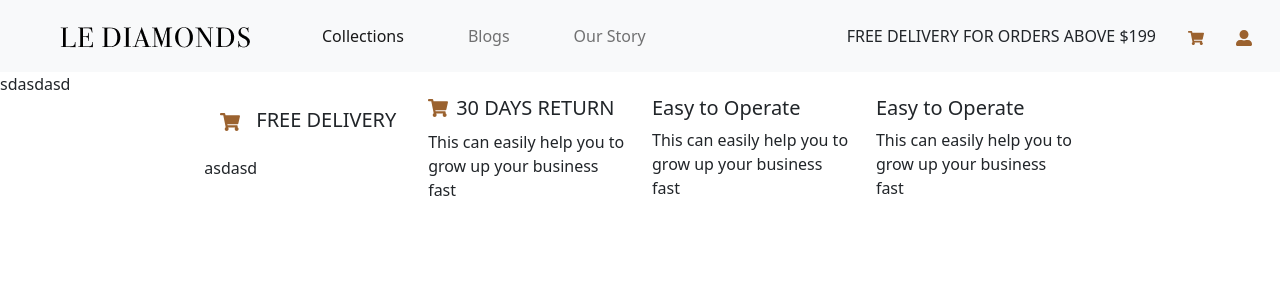
Repository: farrelmuhammad/lediamonds-vi8e
Page: /
An editor plug-in stored every save of this project. The page is shown before and after the next save, followed by the edit.
The browser window is 1280 px wide. The pictures show the whole page.
The project was rebuilt for these pictures with package versions that can differ from the ones it lists, and the page was loaded fresh each time. Also part of the build but not shown: src/App.css.

Above is the page before, as saved 2022-09-17 11:18:55.

After the next save:
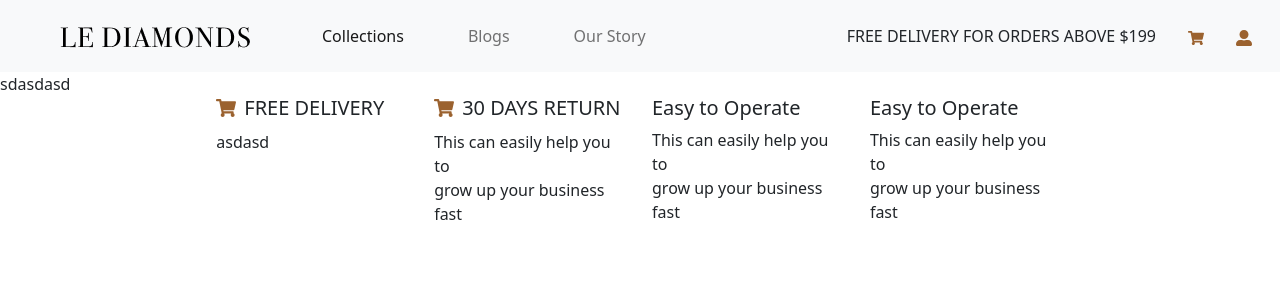
Saved 8 s later.
--- a/src/components/Content.jsx
+++ b/src/components/Content.jsx
@@ -8,7 +8,7 @@
         <div className="row">
           <div className="col">
             <h5 class="icon-title">
-              <FaShoppingCart className="icons m-3" />
+              <FaShoppingCart className="icons me-2 mb-1" />
               FREE DELIVERY
             </h5>
             <p class="icon-caption">asdasd</p>
